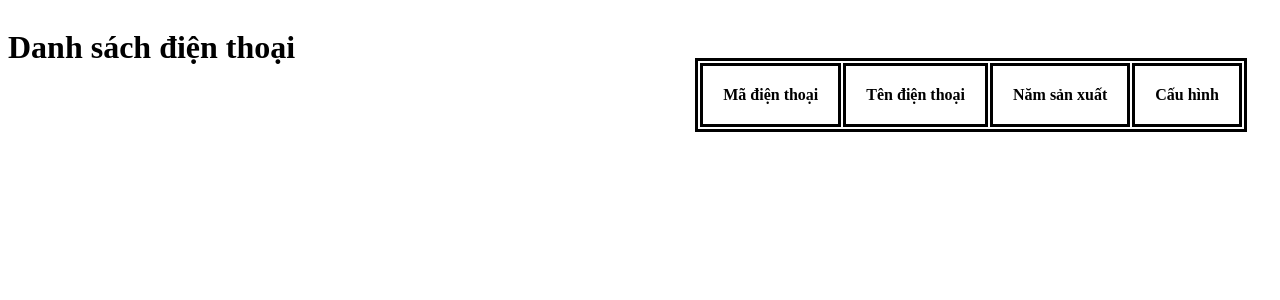
Repository: buikhacthang91042/Nam4_Ki1
Page: http://localhost/Tuan05/DanhSachDienThoaiNCC.jsp
These files come from the project's save history. The page is drawn as it stood at one moment and after the next save; the edit follows.
The browser window is 1280 px wide. The pictures show the whole page.
The page is served by Tomcat 10. Nobody is signed in. The application's start-up code is not run. The template is opened directly, without the code that normally fills it, so the values that code supplies are empty.

Above is the page before, as saved 2024-10-10 11:59:55.

After the next save:
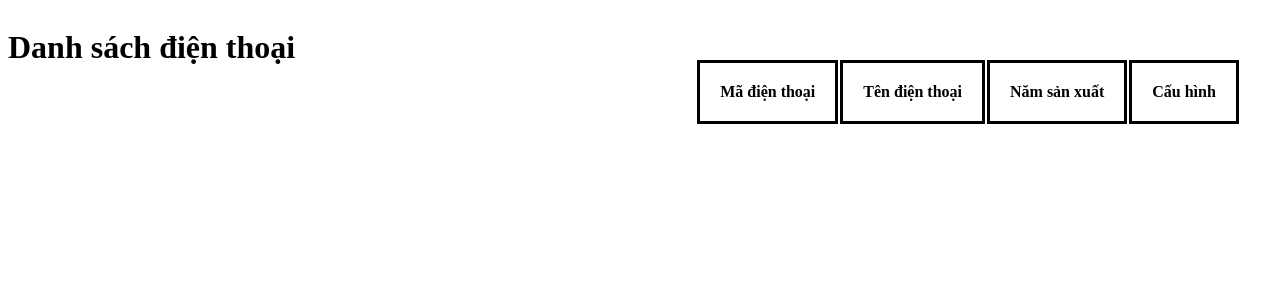
Saved 8 s later.
--- a/WWW/BuiKhacThang_21127151_Tuan05/Tuan05/src/main/webapp/DanhSachDienThoaiNCC.jsp
+++ b/WWW/BuiKhacThang_21127151_Tuan05/Tuan05/src/main/webapp/DanhSachDienThoaiNCC.jsp
@@ -23,9 +23,7 @@
 		padding: 20px;
 		border: solid;
 	}
-	table{
-		border: solid;
-	}
+
 </style>
 
 </head>

After the save that followed:
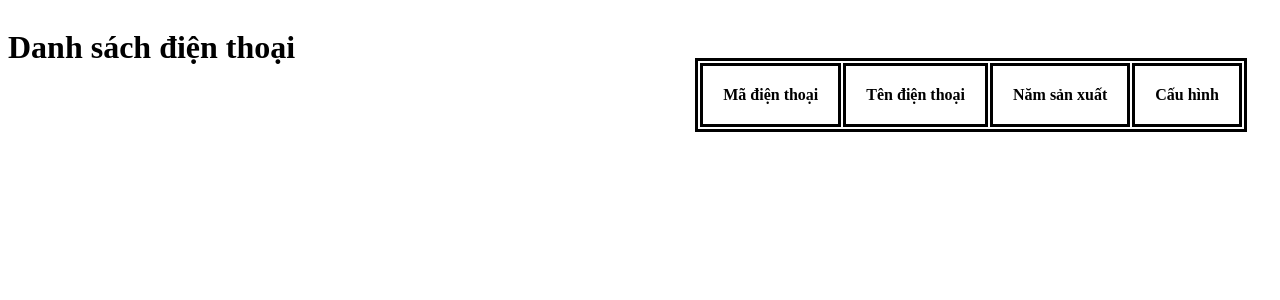
Saved 7 s later.
--- a/WWW/BuiKhacThang_21127151_Tuan05/Tuan05/src/main/webapp/DanhSachDienThoaiNCC.jsp
+++ b/WWW/BuiKhacThang_21127151_Tuan05/Tuan05/src/main/webapp/DanhSachDienThoaiNCC.jsp
@@ -23,7 +23,9 @@
 		padding: 20px;
 		border: solid;
 	}
-
+	table{
+		border: solid;
+	}
 </style>
 
 </head>
